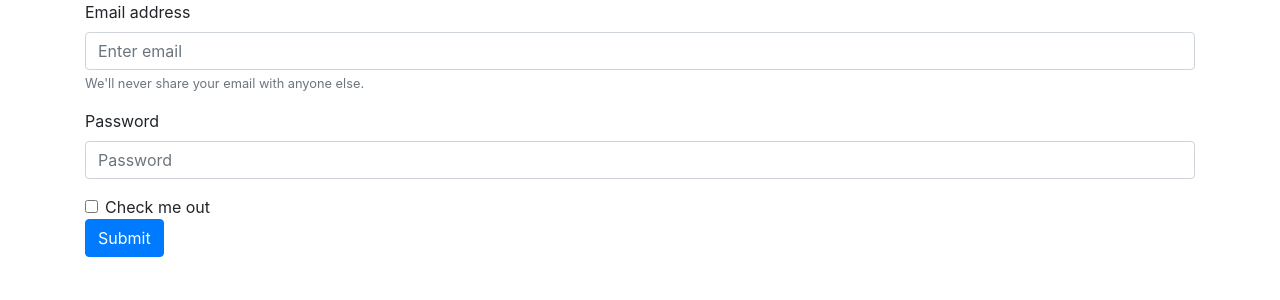
Repository: MacCampers/java-stuff
Page: http://localhost/ProjetResto/
These files come from the project's save history. The page is drawn as it stood at one moment and after the next save; the edit follows.
The browser window is 1280 px wide. The pictures show the whole page.
The page is served by Tomcat 9. Nobody is signed in. The application's start-up code is not run. Other server files are loaded and not shown.

Above is the page before, as saved 2020-02-14 13:57:51.

### workspaceJSP/ProjetResto/src/main/webapp/index.jsp
<%@ page language="java" contentType="text/html; charset=ISO-8859-1"
	pageEncoding="ISO-8859-1"%>
<!DOCTYPE html PUBLIC "-//W3C//DTD HTML 4.01 Transitional//EN" "http://www.w3.org/TR/html4/loose.dtd">

<html lang="en">
<head>
<title>JSON Form</title>
<meta charset="utf-8">
<meta name="viewport"
	content="width=device-width, initial-scale=1, shrink-to-fit=no">
<link rel="stylesheet"
	href="https://maxcdn.bootstrapcdn.com/bootstrap/4.0.0/css/bootstrap.min.css"
	integrity="sha384-Gn5384xqQ1aoWXA+058RXPxPg6fy4IWvTNh0E263XmFcJlSAwiGgFAW/dAiS6JXm"
	crossorigin="anonymous">
</head>
<body class="goto-here">
	<div class="container">
		<form>
			<div class="form-group">
				<label for="exampleInputEmail1">Email address</label> <input
					type="email" class="form-control" id="exampleInputEmail1"
					aria-describedby="emailHelp" placeholder="Enter email"> <small
					id="emailHelp" class="form-text text-muted">We'll never
					share your email with anyone else.</small>
			</div>
			<div class="form-group">
				<label for="exampleInputPassword1">Password</label> <input
					type="password" class="form-control" id="exampleInputPassword1"
					placeholder="Password">
			</div>
			<div class="form-check">
				<input type="checkbox" class="form-check-input" id="exampleCheck1">
				<label class="form-check-label" for="exampleCheck1">Check me
					out</label>
			</div>
			<button type="submit" class="btn btn-primary">Submit</button>
		</form>
	</div>
</body>
</html>

After the next save:
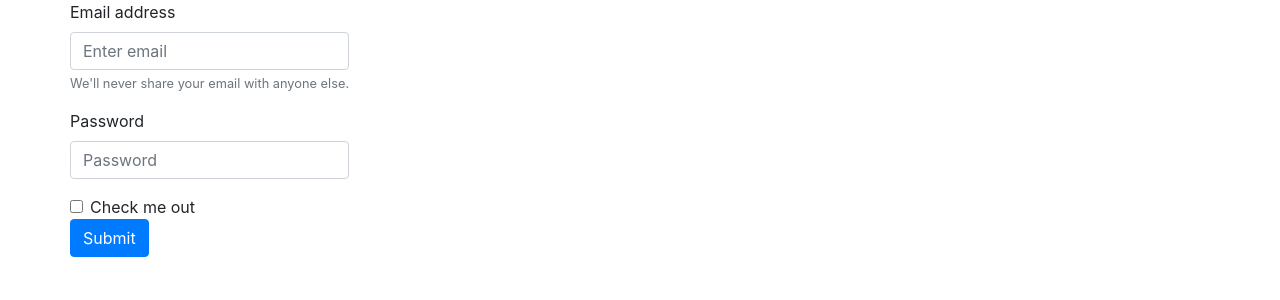
Saved 24 s later.
--- a/workspaceJSP/ProjetResto/src/main/webapp/index.jsp
+++ b/workspaceJSP/ProjetResto/src/main/webapp/index.jsp
@@ -15,26 +15,28 @@
 </head>
 <body class="goto-here">
 	<div class="container">
-		<form>
-			<div class="form-group">
-				<label for="exampleInputEmail1">Email address</label> <input
-					type="email" class="form-control" id="exampleInputEmail1"
-					aria-describedby="emailHelp" placeholder="Enter email"> <small
-					id="emailHelp" class="form-text text-muted">We'll never
-					share your email with anyone else.</small>
-			</div>
-			<div class="form-group">
-				<label for="exampleInputPassword1">Password</label> <input
-					type="password" class="form-control" id="exampleInputPassword1"
-					placeholder="Password">
-			</div>
-			<div class="form-check">
-				<input type="checkbox" class="form-check-input" id="exampleCheck1">
-				<label class="form-check-label" for="exampleCheck1">Check me
-					out</label>
-			</div>
-			<button type="submit" class="btn btn-primary">Submit</button>
-		</form>
+		<div class="row">
+			<form>
+				<div class="form-group">
+					<label for="exampleInputEmail1">Email address</label> <input
+						type="email" class="form-control" id="exampleInputEmail1"
+						aria-describedby="emailHelp" placeholder="Enter email"> <small
+						id="emailHelp" class="form-text text-muted">We'll never
+						share your email with anyone else.</small>
+				</div>
+				<div class="form-group">
+					<label for="exampleInputPassword1">Password</label> <input
+						type="password" class="form-control" id="exampleInputPassword1"
+						placeholder="Password">
+				</div>
+				<div class="form-check">
+					<input type="checkbox" class="form-check-input" id="exampleCheck1">
+					<label class="form-check-label" for="exampleCheck1">Check
+						me out</label>
+				</div>
+				<button type="submit" class="btn btn-primary">Submit</button>
+			</form>
+		</div>
 	</div>
 </body>
 </html>
